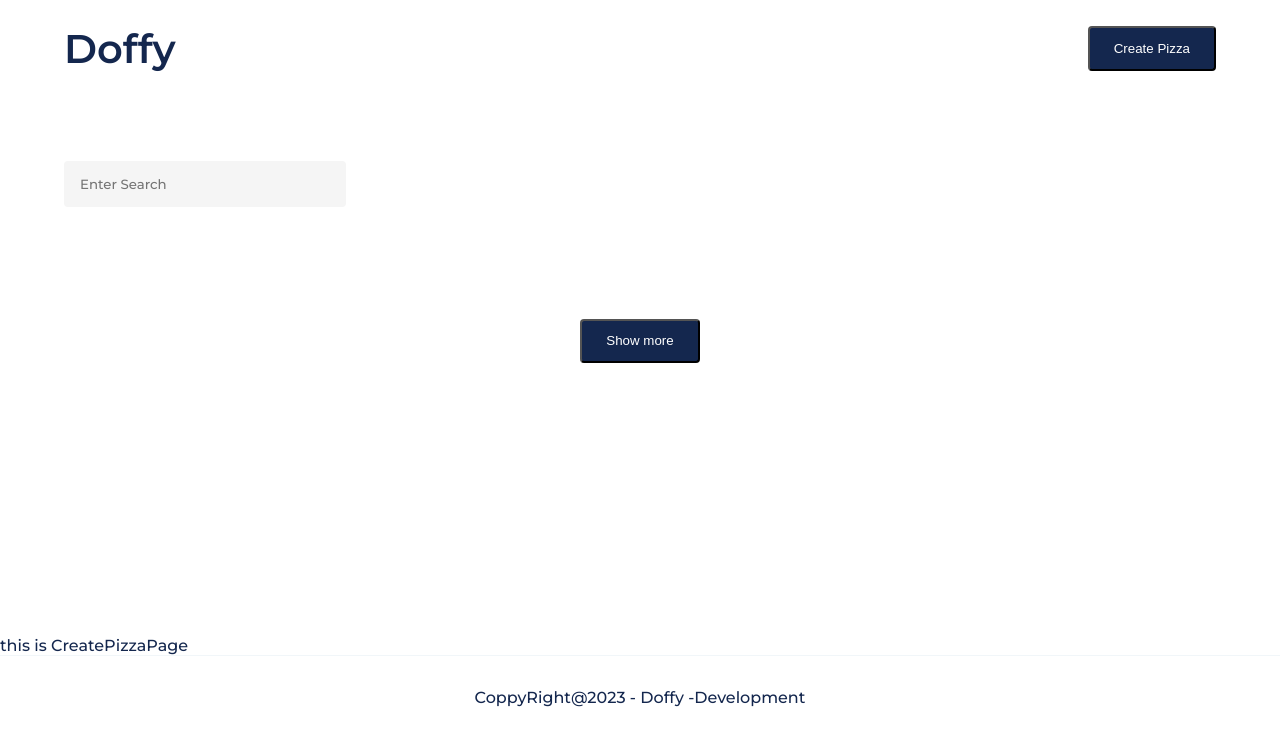
Repository: 16-Doffy/Pizza-Store
Page: /
The author's editor kept a copy of each file at every save. The page is drawn from the files as they stood at one save, then again after the next save.
The browser window is 1280 px wide. The pictures show the whole page.
The page's requests for data from a server got no answer. The project was rebuilt for these pictures with package versions that can differ from the ones it lists, and the page was loaded fresh each time. No one was signed in, and anything a server would have sent is missing. Also part of the build but not shown: webpack.config.js, src/sections/CardPizza.tsx.

Above is the page before, as saved 2025-02-07 22:53:10.

### src/App.tsx
import React from "react";
import "./index.css";
import Header from "./layout/Header";
import Footer from "./layout/Footer";
import CreatePizzaPage from "./pages/CreatePizzaPage";
import HomePage from "./pages/HomePage";

function App() {

  return (
    <div className="App">
    <Header />
    <HomePage />
    <CreatePizzaPage />
    <Footer />

    </div>
  );
}

export default App;

### src/index.css
@import url("https://fonts.googleapis.com/css2?family=Montserrat:ital,wght@0,300;0,500;0,600;1,300;1,500;1,600&display=swap");

html {
  font-family: "Montserrat", sans-serif;
}

body {
  padding: 0;
  margin: 0;
  box-sizing: border-box;
}

div {
  color: #14274e;
}

.flex-basic-between {
  display: flex;
  justify-content: space-between;
  align-items: center;
}

/* Button */
.btn-main {
  cursor: pointer;
  background: #14274e;
  color: #fff;
  padding: 0.8rem 1.5rem;
  border-radius: 4px;
}

.btn-main:hover {
  background: #394867;
}
/* Button */

.wrapper-card-items {
  display: flex;
  column-gap: 4rem;
  flex-wrap: wrap;
  row-gap: 8rem;
  padding-top: 7rem;
}

.card-items {
  width: 30%;
  height: 200px;
  box-shadow: 0px 4px 20px 0px rgba(72, 119, 159, 0.18);
  position: relative;
  cursor: pointer;
}

.card-image-pizza {
  width: 200px;
  position: absolute;
  top: -90px;
  left: 22.5%;
}

.card-content {
  display: flex;
  align-items: center;
  justify-content: center;
  height: 50%;
  background: #14274e;
}

/* Text field */
.text-field {
  padding: 0.8rem 1rem;
  background: #f5f5f5;
  border: none;
  outline: none;
  color: #14274e;
  border-radius: 4px;
}

input {
  font-family: "Montserrat", sans-serif;
}
/* Text field */

/* Loading Spinner */
.lds-ring {
  display: inline-block;
  position: relative;
  width: 80px;
  height: 80px;
}
.lds-ring div {
  box-sizing: border-box;
  display: block;
  position: absolute;
  width: 64px;
  height: 64px;
  margin: 8px;
  border: 8px solid #14274e;
  border-radius: 50%;
  animation: lds-ring 1.2s cubic-bezier(0.5, 0, 0.5, 1) infinite;
  border-color: #14274e transparent transparent transparent;
}
.lds-ring div:nth-child(1) {
  animation-delay: -0.45s;
}
.lds-ring div:nth-child(2) {
  animation-delay: -0.3s;
}
.lds-ring div:nth-child(3) {
  animation-delay: -0.15s;
}
@keyframes lds-ring {
  0% {
    transform: rotate(0deg);
  }
  100% {
    transform: rotate(360deg);
  }
}
/* Loading Spinner */

### src/layout/Header.tsx
import React from "react";
import ButtonField from "../components/ButtonField";

const Header = () => {
  return (
    <div className="flex-basic-between" style={{ padding: "1.5rem 4rem" }}>
      <div style={{ fontSize: "40px", fontWeight: 600 }}>Doffy</div>
      <ButtonField > Create Pizza</ButtonField>
    </div>
  );
};

export default Header;

### src/layout/Footer.tsx
import React from 'react';

const Footer = () => {
    return (
        <div
        style={{textAlign:'center', padding:'2rem 0', borderTop:'1px solid #f1f6f9'}}>
            CoppyRight@2023 - Doffy -Development
        </div>
    );
};

export default Footer;

### src/pages/CreatePizzaPage.tsx
import React from 'react';

const CreatePizzaPage = () => {
    return (
        <div>
            this is CreatePizzaPage
        </div>
    );
};

export default CreatePizzaPage;

### src/pages/HomePage.tsx
import React, { useEffect, useState } from "react";
import CardPizza from "../sections/CardPizza";
import { Pizza } from "../models/Pizza.model";
import TextField from "../components/TextField";
import ButtonField from "../components/ButtonField";

const HomePage = () => {
  const [pizzas, setPizzas] = useState<Pizza[]>([]);
  const [isLoading, setIsLoading] = useState(false);
  const [page, setPage] = useState<number>(1);

  useEffect(() => {
    fetch(`https://668a837a2c68eaf3211d01c4.mockapi.io/laptop/product?page=${page}`)
      .then(res => res.json())
      .then((data) => {
        console.log("API Data:", data);
        setPizzas(Array.isArray(data) ? data : []);
      })
      .catch((error) => console.error("Fetch error:", error));
  }, [page]); // Thêm page vào dependency để tự động gọi lại API khi trang thay đổi


  return (
    <>
    <div
      style={{
        height: "calc(100vh - 309px)",
        padding: "4rem 4rem",
        overflow: "auto",
      }}
    >
    <TextField placeholder="Enter Search" width="250px" />
      <div className="wrapper-card-items">
        {
        (pizzas || []).map((item, index) =>
          <CardPizza
            key={index}
            id={item.id}
            productName={item.productName}
            description={item.description}
          />
        )
        }
      </div>

      <div
          style={{ display: "flex", width: "100%", justifyContent: "center" }}>
         <ButtonField onClick={() => setPage(page => page + 1)}>
           Show more
            </ButtonField>
        </div>

    </div>
    </>
  )
};

export default HomePage;





// import React, { useEffect, useMemo, useRef, useState } from "react";
// import CardPizza from "../sections/CardPizza";
// import { Pizza } from "../models/Pizza.model";
// import ButtonField from "../components/ButtonField";
// import TextField from "../components/TextField";

// const HomePage = () => {
//   const [pizzas, setPizzas] = useState<Pizza[]>([]);
//   const [count, setCount] = useState(0); // Dùng để cập nhật pizzas
//   const [page, setPage] = useState<number>(1);
//   const [isLoading, setIsLoading] = useState(false);
//   const pageRef = useRef<HTMLDivElement | null>(null);

//   useEffect(() => {
//     setIsLoading(true);
//     fetch("https://668a837a2c68eaf3211d01c4.mockapi.io/laptop/product")
//       .then((res) => res.json())
//       .then((data) => {
//         setTimeout(() => {
//           setPizzas((prevPizzas) => [...prevPizzas, ...data]);
//           setIsLoading(false);
//         }, 2000);
//       });
//   }, [page]);

//   const tinhTong = useMemo(() => {
//     return count + 1;
//   }, [count]);
//   return (
//     <div
//       style={{
//         height: "calc(100vh - 309px)",
//         padding: "4rem 4rem",
//         overflow: "auto",
//       }}
//     >
//       <TextField placeholder="Enter search" width="250px" />
//       <div className="wrapper-card-items">
//         {pizzas.map((item) => (
//           <CardPizza
//             key={item.id}
//             id={item.id}
//             productName={item.productName}
//             description={item.description}
//           />
//         ))}
//         <div ref={pageRef}>DOffy hello</div>
//         <div
//           style={{ display: "flex", width: "100%", justifyContent: "center" }}
//         >
//           <ButtonField
//             loading={isLoading}
//             onClick={() => {
//               if (pageRef.current) {
//                 pageRef.current.style.color = "red";
//               }
//             }}
//           >
//             Show more
//           </ButtonField>
//         </div>
//         {tinhTong}

//         <button onClick={() => setCount(count + 1)}>Increase</button>
//         {count}
//       </div>
//     </div>
//   );
// };

// export default HomePage;

### src/components/ButtonField.tsx
import React, { ReactNode } from 'react';
import { IcSpinner } from '../icon/IcSpinner';


type Props ={
    loading?:boolean;
    children?: ReactNode;
    onClick?: () => void;
}
const ButtonField = ({
    loading,
    children,
    onClick,
}: Props) => {
    return (
        <button className="btn-main" onClick={onClick} disabled={loading}>
            {loading ? (
                <div style={{ display: 'flex', alignItems: 'center', columnGap: '.5rem' }}>
                    <IcSpinner width="32px" height="32px" />
                    {children}
                </div>
            ) : (
                children
            )}
        </button>
    );
};


export default ButtonField;

### src/components/TextField.tsx
import React from 'react';
type Props = {
    placeholder:string;
    value?:string;
    width?:string;
    height?:string;
    onChange?: (value:string) =>void;
}
const TextField = ({
    // placeholder,
    // value,
    width = '100%',
    height ='20px',
    onChange,
    ...props
}:Props) => {
    return (
        <input
        {...props}
        type="text"
        className='text-field'
        style={{width, height}}
        // placeholder={placeholder}
        // value={value}
        onChange={(e) => onChange && onChange(e.target.value)}
        />
    );
};

export default TextField;
//{..props} => trải dài all infor placeholder

### src/icon/IcSpinner.tsx
type Props = {
    width: string;
    height: string;
  }

  export const IcSpinner = ({ width, height }: Props) => {
    return (
      <div style={{ width, height }}>
        <svg version="1.1" id="L9" xmlns="http://www.w3.org/2000/svg" x="0px" y="0px"
          viewBox="0 0 100 100" enableBackground="new 0 0 0 0">
          <path fill="#fff" d="M73,50c0-12.7-10.3-23-23-23S27,37.3,27,50 M30.9,50c0-10.5,8.5-19.1,19.1-19.1S69.1,39.5,69.1,50">
            <animateTransform
              attributeName="transform"
              attributeType="XML"
              type="rotate"
              dur="1s"
              from="0 50 50"
              to="360 50 50"
              repeatCount="indefinite" />
          </path>
        </svg>
      </div>
    )
  };

Loaded but not shown: public/index.html (common file); src/index.tsx (common file)

After the next save:
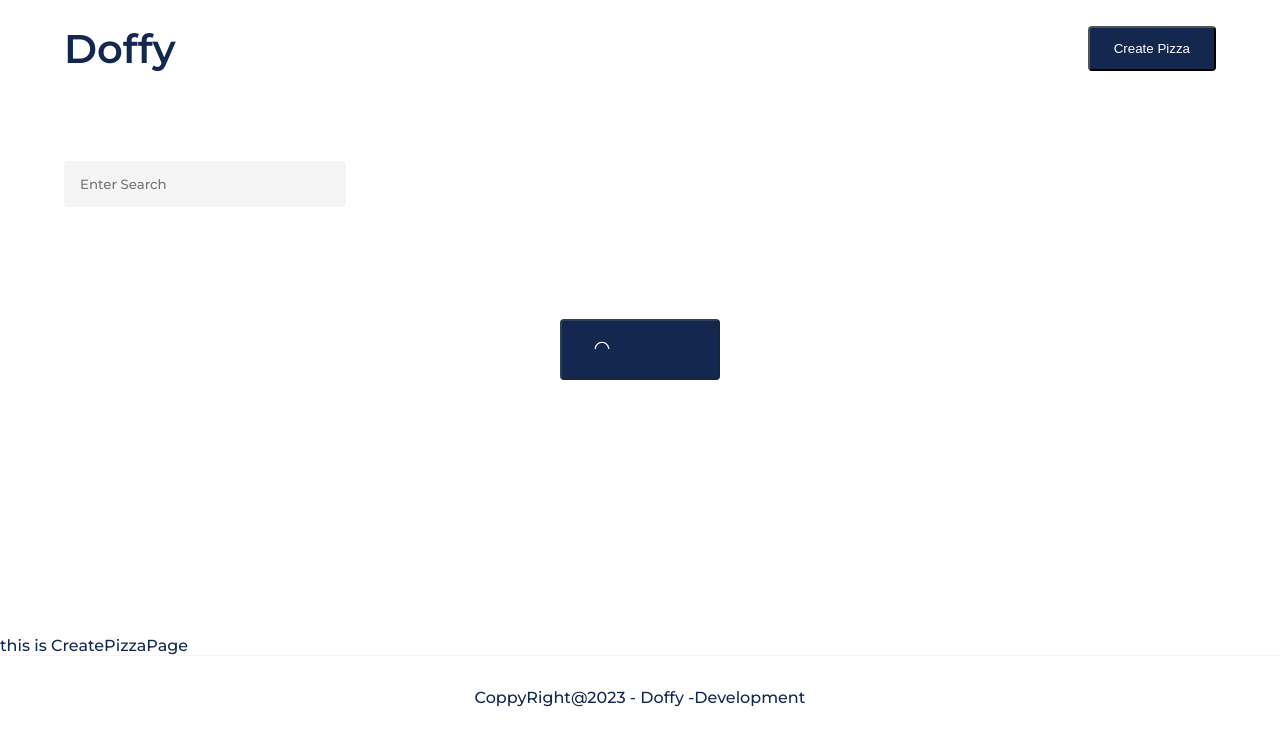
Saved 90 s later.
--- a/src/pages/HomePage.tsx
+++ b/src/pages/HomePage.tsx
@@ -10,9 +10,11 @@ const HomePage = () => {
   const [page, setPage] = useState<number>(1);
 
   useEffect(() => {
+    setIsLoading(true)
     fetch(`https://668a837a2c68eaf3211d01c4.mockapi.io/laptop/product?page=${page}`)
       .then(res => res.json())
       .then((data) => {
+        setIsLoading(false);
         console.log("API Data:", data);
         setPizzas(Array.isArray(data) ? data : []);
       })
@@ -45,7 +47,7 @@ const HomePage = () => {
 
       <div
           style={{ display: "flex", width: "100%", justifyContent: "center" }}>
-         <ButtonField onClick={() => setPage(page => page + 1)}>
+         <ButtonField loading={isLoading} onClick={() => setPage(page => page + 1)}>
            Show more
             </ButtonField>
         </div>
